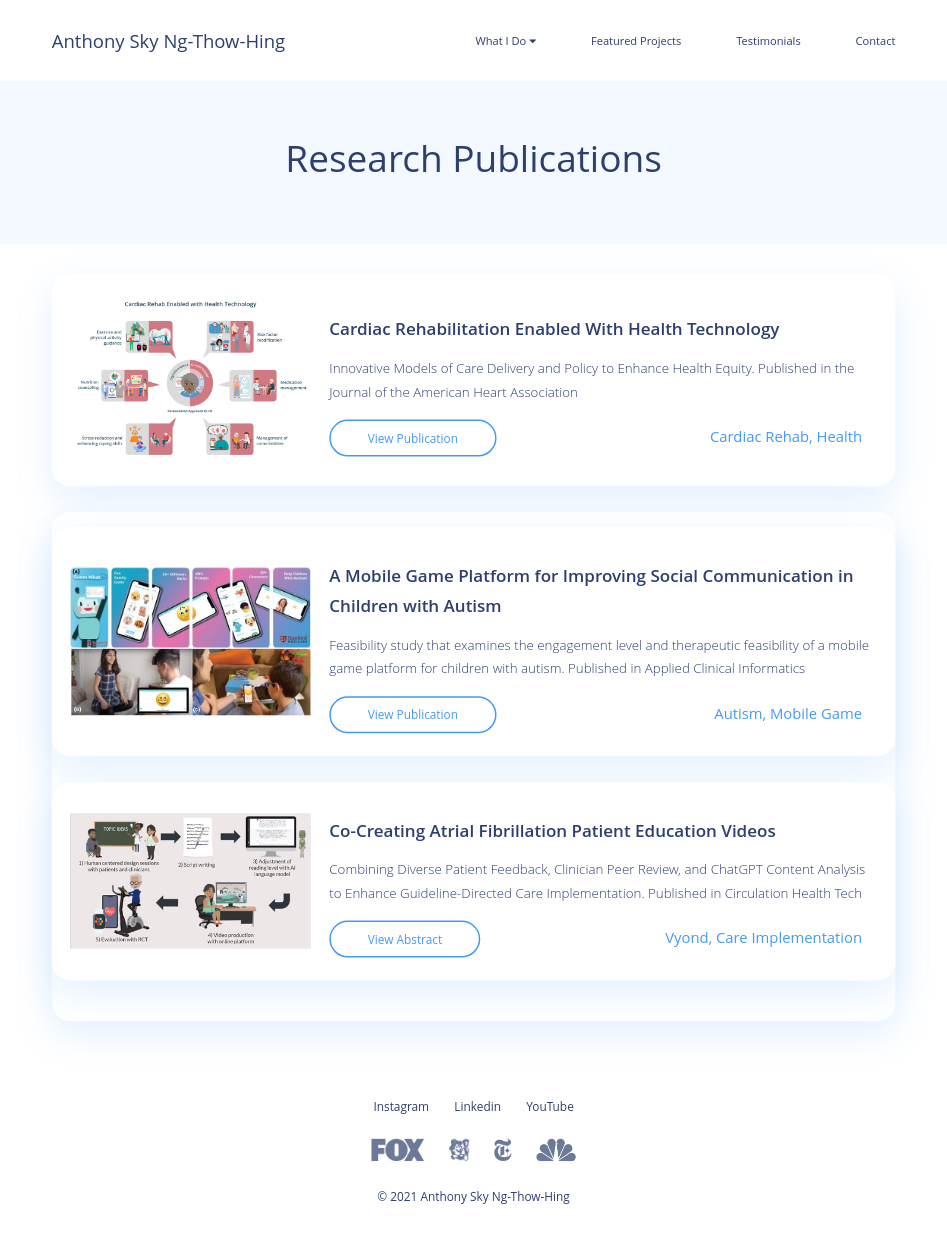
Repository: skynth/skynth
Page: research-publication.html
The author's editor kept a copy of each file at every save. The page is drawn from the files as they stood at one save, then again after the next save.
The browser window is 1280 px wide. The pictures show the whole page, at 74% of full size.
Some web libraries are served in a nearby version.

Above is the page before, as saved 2024-05-27 16:58:34.
Console error: ReferenceError: Typed is not defined

After the next save:
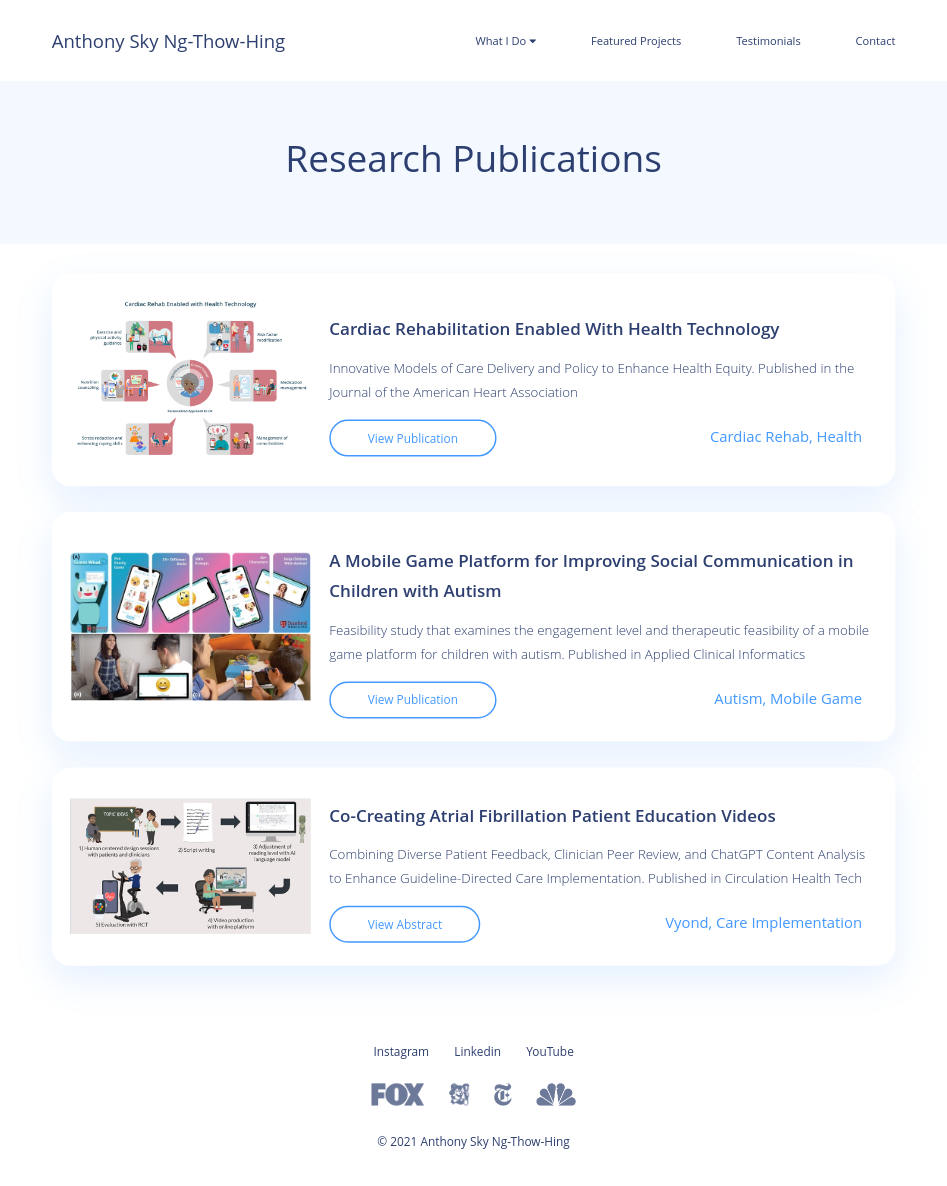
Saved 69 s later.
--- a/research-publication.html
+++ b/research-publication.html
@@ -80,7 +80,6 @@
                 </div>
             </div>
             <div class="card">
-            <div class="card">
                 <div class="box">
                     <img src="assets/guesswhat.jpeg" alt="">
                     <div class="text">
@@ -110,7 +109,6 @@
                 </div>
                 </div>
             </div>
-        </div>
     </div>
 </section>
 <section class = 'footer'>
